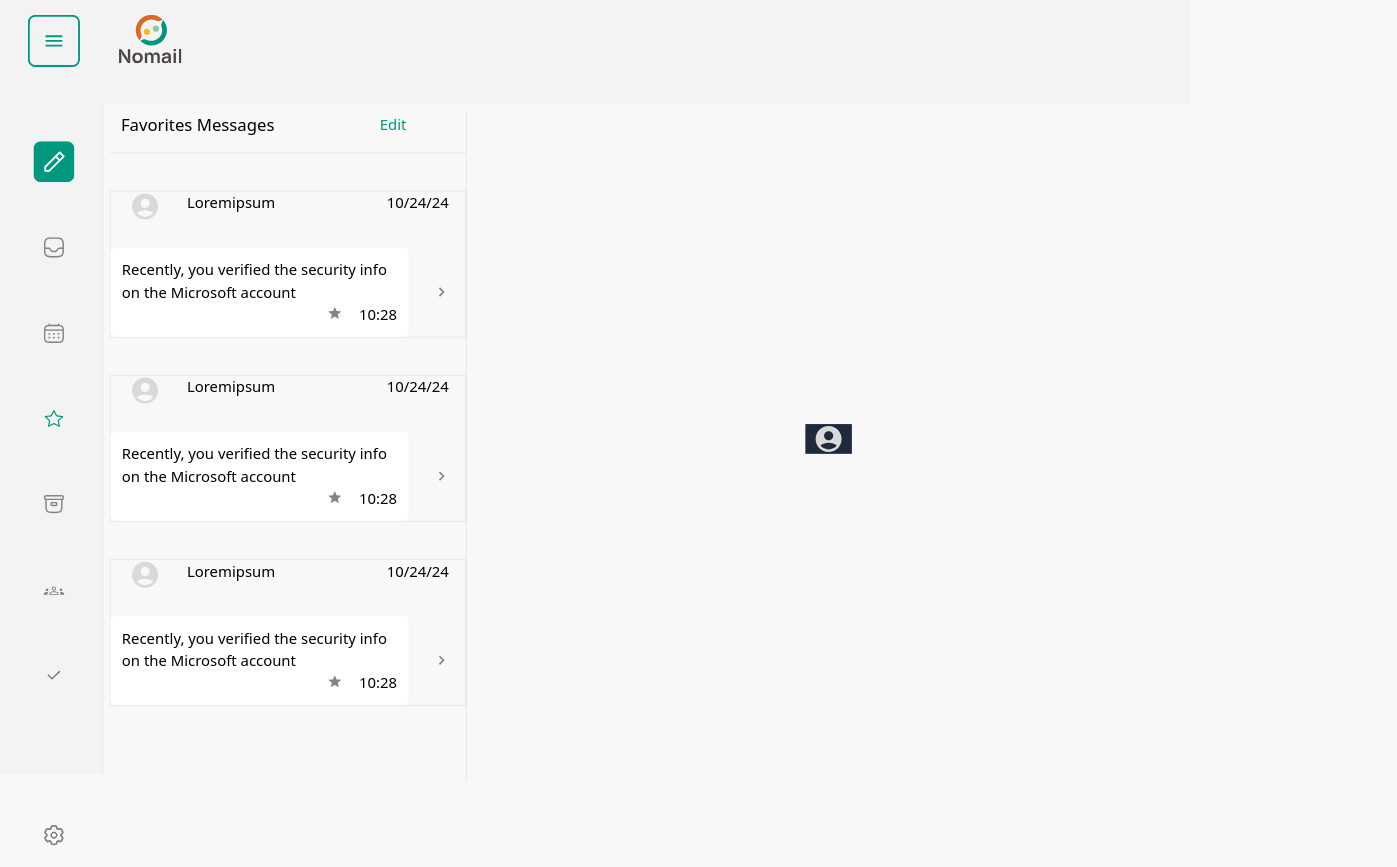
Repository: Tofigkh1/Nomail-Project
Page: /favorites (app in client/)
An editor plug-in stored every save of this project. The page is shown before and after a run of saves, followed by the edit.
The browser window is 1280 px wide. The page is 1280 px wide, then 1502 px, then 1280 px, so the pictures cover 1502 px, including what lies to the right of the window. The pictures show the whole page, at 93% of full size.
The project was rebuilt for these pictures with package versions that can differ from the ones it lists, and the page was loaded fresh each time. The framework's server and built-in components were replaced by stand-ins that run in the browser. Also part of the build but not shown: client/next.config.mjs, client/components/shared/svg/FavoritesSvg.jsx, client/components/shared/svg/calendarActiveSvg.jsx, client/components/shared/client/CheckBox/index.tsx.

Above is the page before, as saved 2024-11-22 02:53:02.

### client/app/layout.tsx

import type { Metadata } from "next";
import localFont from "next/font/local";
import "./Styles/globals.css";


const geistSans = localFont({
  src: "./fonts/GeistVF.woff",
  variable: "--font-geist-sans",
  weight: "100 900",
});
const geistMono = localFont({
  src: "./fonts/GeistMonoVF.woff",
  variable: "--font-geist-mono",
  weight: "100 900",
});

export const metadata: Metadata = {
  title: "Create Next App",
  description: "Generated by create next app",
};

export default function RootLayout({
  children,
}: Readonly<{
  children: React.ReactNode;
}>) {
  return (
    <html lang="en">
      <body
        className={`${geistSans.variable} ${geistMono.variable} antialiased`}
      >
        {children}

      </body>
    </html>
  );
}

### client/app/Styles/globals.css
@tailwind base;
@tailwind components;
@tailwind utilities;

body{
  background-color: #f8f8f8;
}

.App {
  font-family: sans-serif;
  text-align: center;
}


:root {
  --background: #ffffff;
  --foreground: #171717;
}

@media (prefers-color-scheme: dark) {
  :root {
    --background: #0a0a0a;
    --foreground: #ededed;
  }
}


@layer utilities {
  .text-balance {
    text-wrap: balance;
  }
}

### client/components/shared/client/Header/header.tsx
'use client';
import { useContext } from "react";
import { SidebarContext } from '../SideBarMenu/sideBarMenu'; // Import context
import NomailLogo from "@/components/shared/svg/headerlLogoSvg";
import HamburgerBtnSvg from "../../svg/hamburgerBtnSvg"



export default function Header() {

    const { expanded, setExpanded } = useContext(SidebarContext); // Access context

    return (
        <div className="flex items-center justify-between p-4 bg-headerColor text-white">
            <div className='w-auto h-20 flex gap-14'>

                <div>
                    <button onClick={() => setExpanded(!expanded)}
                            className="pl-3.5  hover:bg-clientButtonGreen w-14 h-11">
                        <HamburgerBtnSvg/>
                    </button>
                </div>

                <div>
                    <NomailLogo/>
                </div>


            </div>
        </div>
    );
}

### client/components/shared/client/SideBarMenu/sideBarMenu.tsx
'use client';
import React, {  useContext, ReactNode } from "react";
// import { ChevronFirst, ChevronLast } from "lucide-react";


export const SidebarContext = React.createContext<{ expanded: boolean; setExpanded: (expanded: boolean) => void; }>({
    expanded: false,
    setExpanded: () => {},
});

// Sidebar component now depends on context for state
export default function Sidebar({ children }: { children: ReactNode }) {
    const { expanded } = useContext(SidebarContext);

    return (
        <aside className="h-screen bg-headerColor">
            <nav
                className={`h-full flex flex-col bg-headerColor border-r border-whiteLight3 transition-all duration-200 ease-in-out ml-3 ${expanded ? "w-[127%] h-[130%] " : "w-[99px]"}`}>

                <ul className=" flex-1 px-3">{children}</ul>
            </nav>
        </aside>
    );
}

// SidebarItem component for individual items inside the sidebar
type SidebarItemProps = {
    icon: ReactNode;   // Icon to display in the sidebar item
    text: string;      // Text to display in the sidebar item
    active: boolean;   // Boolean to determine if the item is active (highlighted)
    onClick: () => void; // Add onClick function to handle clicks
    style?: React.CSSProperties;
};

export function SidebarItem({icon, text, active, onClick,style}: SidebarItemProps) {
    const context = useContext(SidebarContext); // Sidebar context to manage expanded/collapsed state
    const {expanded} = context!;

    return (

        <li
            onClick={onClick} // Attach the click handler here
            style={style}
            className={`group relative flex items-center py-2 px-3 my-1 font-medium rounded-md cursor-pointer transition-colors mt-8
                ${
                  active
                    ? "text-mainRedLight" // Active item style
                    : expanded || active // Eğer expanded true ise hover stilini ekle
                    ? "hover:bg-textColorGreen"
                    : "" // Expanded değilse hover stili olmasın
                }`}
        >

            <span className="text-xl transition-all duration-300 ease-in-out">
        {icon}
      </span>

            {/* Text büyütüldü ve boşluk artırıldı */}
            {expanded && (
                <span className="ml-4 text-xl text-black transition-all duration-300 ease-in-out ">
          {text}
        </span>
            )}


            {!expanded && (
                <span
                    className={` absolute left-full whitespace-nowrap bg-textColorGreen text-white rounded-md py-1 px-2 transition-all duration-300 ease-in-out ml-2 opacity-0 group-hover:opacity-100`}
                >
          {text}
        </span>
            )}
        </li>
    );
}

### client/components/shared/svg/newMail.jsx
'use client'
export default function  newMail(){
    return(
        <>
            <svg width="44" height="44" viewBox="0 0 44 44" fill="none" xmlns="http://www.w3.org/2000/svg">
                <rect width="44" height="44" rx="8" fill="#00987F"/>
                <path fill-rule="evenodd" clip-rule="evenodd"
                      d="M27.5115 11.2439C27.902 10.8534 28.5351 10.8534 28.9257 11.2438L33.1687 15.4863C33.3562 15.6739 33.4616 15.9282 33.4616 16.1935C33.4616 16.4587 33.3562 16.7131 33.1687 16.9006L17.6122 32.4571C17.4247 32.6446 17.1703 32.75 16.9051 32.75H12.6626C12.1103 32.75 11.6626 32.3023 11.6626 31.75V27.5075C11.6626 27.2423 11.768 26.9879 11.9555 26.8004L27.5115 11.2439ZM28.2187 13.3652L13.6626 27.9217V30.75H16.4909L31.0473 16.1935L28.2187 13.3652Z"
                      fill="white"/>
                <path fill-rule="evenodd" clip-rule="evenodd"
                      d="M23.269 15.4864C23.6595 15.0959 24.2927 15.0959 24.6832 15.4864L28.9257 19.7289C29.3162 20.1194 29.3162 20.7526 28.9257 21.1431C28.5352 21.5336 27.902 21.5336 27.5115 21.1431L23.269 16.9006C22.8784 16.5101 22.8784 15.8769 23.269 15.4864Z"
                      fill="white"/>
            </svg>


        </>
    )
}

### client/components/shared/svg/ArchiveSvg.jsx
'use client'
export default function archiveSvg(){
    return(
        <>
            <svg width="44" height="44" viewBox="0 0 44 44" fill="none" xmlns="http://www.w3.org/2000/svg">
                <path
                    d="M19 22C19 21.534 19 21.301 19.076 21.117C19.1777 20.8725 19.3723 20.6783 19.617 20.577C19.801 20.5 20.034 20.5 20.5 20.5H23.5C23.966 20.5 24.199 20.5 24.383 20.576C24.6275 20.6777 24.8217 20.8723 24.923 21.117C25 21.301 25 21.534 25 22C25 22.466 25 22.699 24.924 22.883C24.8223 23.1275 24.6277 23.3217 24.383 23.423C24.199 23.5 23.966 23.5 23.5 23.5H20.5C20.034 23.5 19.801 23.5 19.617 23.424C19.3725 23.3223 19.1783 23.1277 19.077 22.883C19 22.699 19 22.466 19 22Z"
                    stroke="#A4A4A9" stroke-width="1.5"/>
                <path
                    d="M19 22C19 21.534 19 21.301 19.076 21.117C19.1777 20.8725 19.3723 20.6783 19.617 20.577C19.801 20.5 20.034 20.5 20.5 20.5H23.5C23.966 20.5 24.199 20.5 24.383 20.576C24.6275 20.6777 24.8217 20.8723 24.923 21.117C25 21.301 25 21.534 25 22C25 22.466 25 22.699 24.924 22.883C24.8223 23.1275 24.6277 23.3217 24.383 23.423C24.199 23.5 23.966 23.5 23.5 23.5H20.5C20.034 23.5 19.801 23.5 19.617 23.424C19.3725 23.3223 19.1783 23.1277 19.077 22.883C19 22.699 19 22.466 19 22Z"
                    stroke="black" stroke-opacity="0.2" stroke-width="1.5"/>
                <path
                    d="M30.5 17V23C30.5 26.771 30.5 28.657 29.328 29.828C28.157 31 26.271 31 22.5 31H21.5C17.729 31 15.843 31 14.672 29.828C13.5 28.657 13.5 26.771 13.5 23V17"
                    stroke="#A4A4A9" stroke-width="1.5" stroke-linecap="round"/>
                <path
                    d="M30.5 17V23C30.5 26.771 30.5 28.657 29.328 29.828C28.157 31 26.271 31 22.5 31H21.5C17.729 31 15.843 31 14.672 29.828C13.5 28.657 13.5 26.771 13.5 23V17"
                    stroke="black" stroke-opacity="0.2" stroke-width="1.5" stroke-linecap="round"/>
                <path
                    d="M12 15C12 14.057 12 13.586 12.293 13.293C12.586 13 13.057 13 14 13H30C30.943 13 31.414 13 31.707 13.293C32 13.586 32 14.057 32 15C32 15.943 32 16.414 31.707 16.707C31.414 17 30.943 17 30 17H14C13.057 17 12.586 17 12.293 16.707C12 16.414 12 15.943 12 15Z"
                    stroke="#A4A4A9" stroke-width="1.5"/>
                <path
                    d="M12 15C12 14.057 12 13.586 12.293 13.293C12.586 13 13.057 13 14 13H30C30.943 13 31.414 13 31.707 13.293C32 13.586 32 14.057 32 15C32 15.943 32 16.414 31.707 16.707C31.414 17 30.943 17 30 17H14C13.057 17 12.586 17 12.293 16.707C12 16.414 12 15.943 12 15Z"
                    stroke="black" stroke-opacity="0.2" stroke-width="1.5"/>
            </svg>

        </>
    )
}

### client/components/shared/svg/TodoSvg.jsx
'use client'
export default function  todoSvg(){
    return(
        <>
            <svg width="44" height="44" viewBox="0 0 44 44" fill="none" xmlns="http://www.w3.org/2000/svg">
                <path d="M19.8957 27L15 22.2599L16.2239 21.0748L19.8957 24.6299L27.7761 17L29 18.185L19.8957 27Z"
                      fill="#A4A4A9"/>
                <path d="M19.8957 27L15 22.2599L16.2239 21.0748L19.8957 24.6299L27.7761 17L29 18.185L19.8957 27Z"
                      fill="black" fill-opacity="0.2"/>
            </svg>

        </>
    )
}

### client/components/shared/svg/FavoritesActiveSvg.jsx
'use client'
export default function  favoritesActiveSvg(){
    return(
        <>
        <svg width="44" height="44" viewBox="0 0 44 44" fill="none" xmlns="http://www.w3.org/2000/svg">
<path d="M15.5808 30.2201C15.4833 30.7528 16.0307 31.1692 16.5132 30.9316L22.0006 28.2246L27.4868 30.9316C27.9693 31.1692 28.5168 30.7528 28.4193 30.2213L27.3818 24.5457L31.7842 20.5188C32.1967 20.142 31.9842 19.4533 31.4317 19.3789L25.3093 18.5438L22.5794 13.3517C22.5274 13.2465 22.4453 13.1576 22.3428 13.0953C22.2402 13.0331 22.1214 13 22 13C21.8787 13 21.7598 13.0331 21.6573 13.0953C21.5547 13.1576 21.4727 13.2465 21.4206 13.3517L18.6907 18.545L12.5683 19.3801C12.0171 19.4545 11.8033 20.1432 12.2146 20.52L16.6182 24.5469L15.5808 30.2225V30.2201ZM21.7119 26.8999L17.1045 29.1725L17.972 24.4245C17.9928 24.3152 17.9852 24.2026 17.9496 24.0969C17.914 23.9911 17.8517 23.8955 17.7682 23.8185L14.1358 20.4948L19.2007 19.8037C19.3054 19.788 19.4046 19.7484 19.4901 19.6883C19.5756 19.6281 19.6448 19.5492 19.6919 19.4581L21.9981 15.0688L24.3068 19.4581C24.354 19.5492 24.4232 19.6281 24.5086 19.6883C24.5941 19.7484 24.6934 19.788 24.7981 19.8037L29.863 20.4936L26.2306 23.8173C26.1469 23.8944 26.0844 23.9903 26.0488 24.0962C26.0133 24.2022 26.0057 24.315 26.0268 24.4245L26.8943 29.1725L22.2869 26.8999C22.1979 26.8555 22.0991 26.8324 21.9988 26.8324C21.8985 26.8324 21.8009 26.8555 21.7119 26.8999Z" fill="#00987F"/>
</svg>



        </>
    )
}

### client/components/shared/client/messagesView/index.tsx
"use client";

import ProfileSvg from "../../svg/ProfileSvg";


export default function MessagesView() {



    return(

        <div>

        <header>
            <div className=" w-[100%px] bg-slate-800">
                <ProfileSvg/>
            </div>
        </header>


        </div>

    )

}

### client/components/shared/svg/hamburgerBtnSvg.jsx
'use client'
export default function  HamburgerBtnSvg(){
    return(
        <>
            <svg width="56" height="56" viewBox="0 0 56 56" fill="none" xmlns="http://www.w3.org/2000/svg">
                <rect x="1" y="1" width="54" height="54" rx="7" stroke="#00987F" stroke-width="2"/>
                <path d="M19 22H37V24H19V22ZM19 27H37V29H19V27ZM19 32H37V34H19V32Z" fill="#00987F"/>
            </svg>


        </>
    )
}

### client/components/shared/svg/ProfileSvg.jsx
'use client'
export default function  ProfileSvg(){
    return(
        <>


            <svg width="50" height="32" viewBox="0 0 32 32" fill="none" xmlns="http://www.w3.org/2000/svg">
<g clip-path="url(#clip0_1904_19120)">
<path fill-rule="evenodd" clip-rule="evenodd" d="M16 2C8.2678 2 2 8.2678 2 16C2 23.7322 8.2678 30 16 30C23.7322 30 30 23.7322 30 16C30 8.2678 23.7322 2 16 2ZM11.1 12.5C11.1 11.8565 11.2267 11.2193 11.473 10.6249C11.7192 10.0304 12.0802 9.49018 12.5352 9.03518C12.9902 8.58017 13.5304 8.21924 14.1249 7.97299C14.7193 7.72674 15.3565 7.6 16 7.6C16.6435 7.6 17.2807 7.72674 17.8751 7.97299C18.4696 8.21924 19.0098 8.58017 19.4648 9.03518C19.9198 9.49018 20.2808 10.0304 20.527 10.6249C20.7733 11.2193 20.9 11.8565 20.9 12.5C20.9 13.7996 20.3838 15.0459 19.4648 15.9648C18.5459 16.8838 17.2996 17.4 16 17.4C14.7004 17.4 13.4541 16.8838 12.5352 15.9648C11.6162 15.0459 11.1 13.7996 11.1 12.5ZM24.7612 22.9776C23.7129 24.2955 22.3805 25.3597 20.8635 26.0908C19.3465 26.8219 17.684 27.2011 16 27.2C14.316 27.2011 12.6535 26.8219 11.1365 26.0908C9.61949 25.3597 8.28713 24.2955 7.2388 22.9776C9.5082 21.3494 12.605 20.2 16 20.2C19.395 20.2 22.4918 21.3494 24.7612 22.9776Z" fill="#D9D9D9"/>
</g>
<defs>
<clipPath id="clip0_1904_19120">
<rect width="32" height="32" fill="white"/>
</clipPath>
</defs>
</svg>


        </>
    )
}

### client/components/shared/svg/MessageArrovSvg.jsx
'use client'
export default function  MessageArrovSvg(){
    return(
        <>




            <svg width="32" height="32" viewBox="0 0 32 32" fill="none" xmlns="http://www.w3.org/2000/svg">
<path fill-rule="evenodd" clip-rule="evenodd" d="M14.2 11L19 16L14.2 21L13 19.75L16.6 16L13 12.25L14.2 11Z" fill="#A4A4A9"/>
<path fill-rule="evenodd" clip-rule="evenodd" d="M14.2 11L19 16L14.2 21L13 19.75L16.6 16L13 12.25L14.2 11Z" fill="black" fill-opacity="0.2"/>
</svg>

        </>
    )
}

### client/components/shared/svg/starSvg.jsx
'use client'
export default function  starSvg(){
    return(
        <>




<svg width="20" height="20" viewBox="0 0 20 20" fill="none" xmlns="http://www.w3.org/2000/svg">
<path d="M5.6775 17L6.815 12.1934L3 8.96053L8.04 8.53289L10 4L11.96 8.53289L17 8.96053L13.185 12.1934L14.3225 17L10 14.4513L5.6775 17Z" fill="#A4A4A9"/>
<path d="M5.6775 17L6.815 12.1934L3 8.96053L8.04 8.53289L10 4L11.96 8.53289L17 8.96053L13.185 12.1934L14.3225 17L10 14.4513L5.6775 17Z" fill="black" fill-opacity="0.2"/>
</svg>

        </>
    )
}

### client/tailwind.config.ts
import type { Config } from "tailwindcss";

const config: Config = {
  content: [
    "./pages/**/*.{js,ts,jsx,tsx,mdx}",
    "./components/**/*.{js,ts,jsx,tsx,mdx}",
    "./app/**/*.{js,ts,jsx,tsx,mdx}",
  ],
  theme: {
    extend: {
      colors: {
        background: "var(--background)",
        foreground: "var(--foreground)",
        headerColor: "#F3F3F3",
        textColorGreen: "#00987F",
        textGray: "#A4A4A9",
        sideBarColor: "#E5E5E5",
        textColGreen: "#00987F",
        bordersColor: "#D1D1D6"
      },
    },
  },
  plugins: [],
};
export default config;

Loaded but not shown: client/components/shared/svg/settingSvg.jsx (25 lines, source omitted); client/components/shared/svg/calendarSvg.jsx (31 lines, source omitted); client/components/shared/svg/InboxSvg.jsx (17 lines, source omitted); client/components/shared/svg/groupSvg.jsx (17 lines, source omitted); client/app/favorites/page.tsx (120 lines, source omitted); client/components/shared/svg/headerlLogoSvg.jsx (38 lines, source omitted); client/components/shared/client/FavoritesMessage/index.tsx (145 lines, source omitted)

After the next 3 saves:
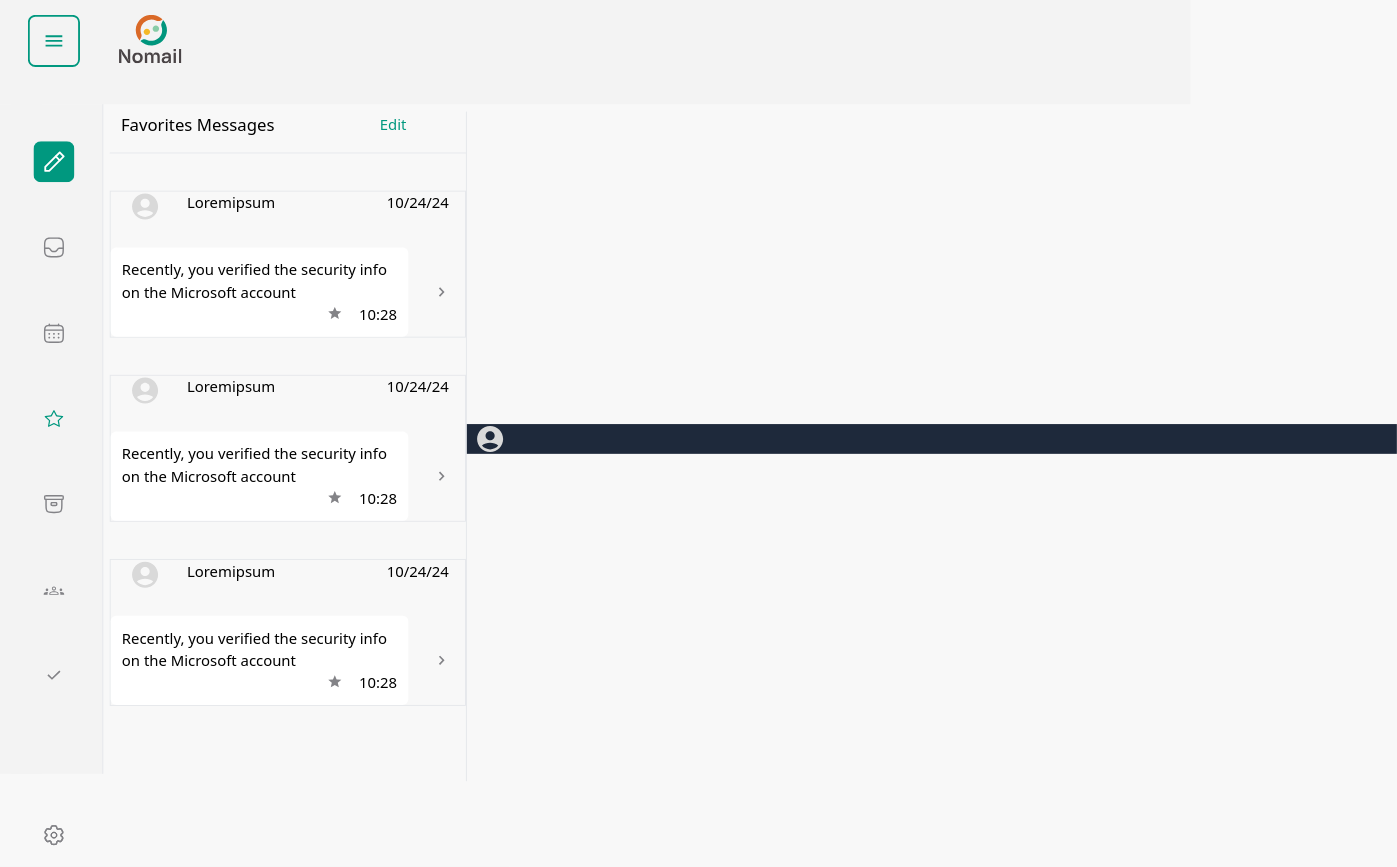
The 3 saves are shown as one change because they came seconds apart.
The last was saved 9 s later.
--- a/client/components/shared/client/messagesView/index.tsx
+++ b/client/components/shared/client/messagesView/index.tsx
@@ -12,7 +12,7 @@
         <div>
 
         <header>
-            <div className=" w-[100%px] bg-slate-800">
+            <div className=" w-[1000px] bg-slate-800">
                 <ProfileSvg/>
             </div>
         </header>

After the save that followed:
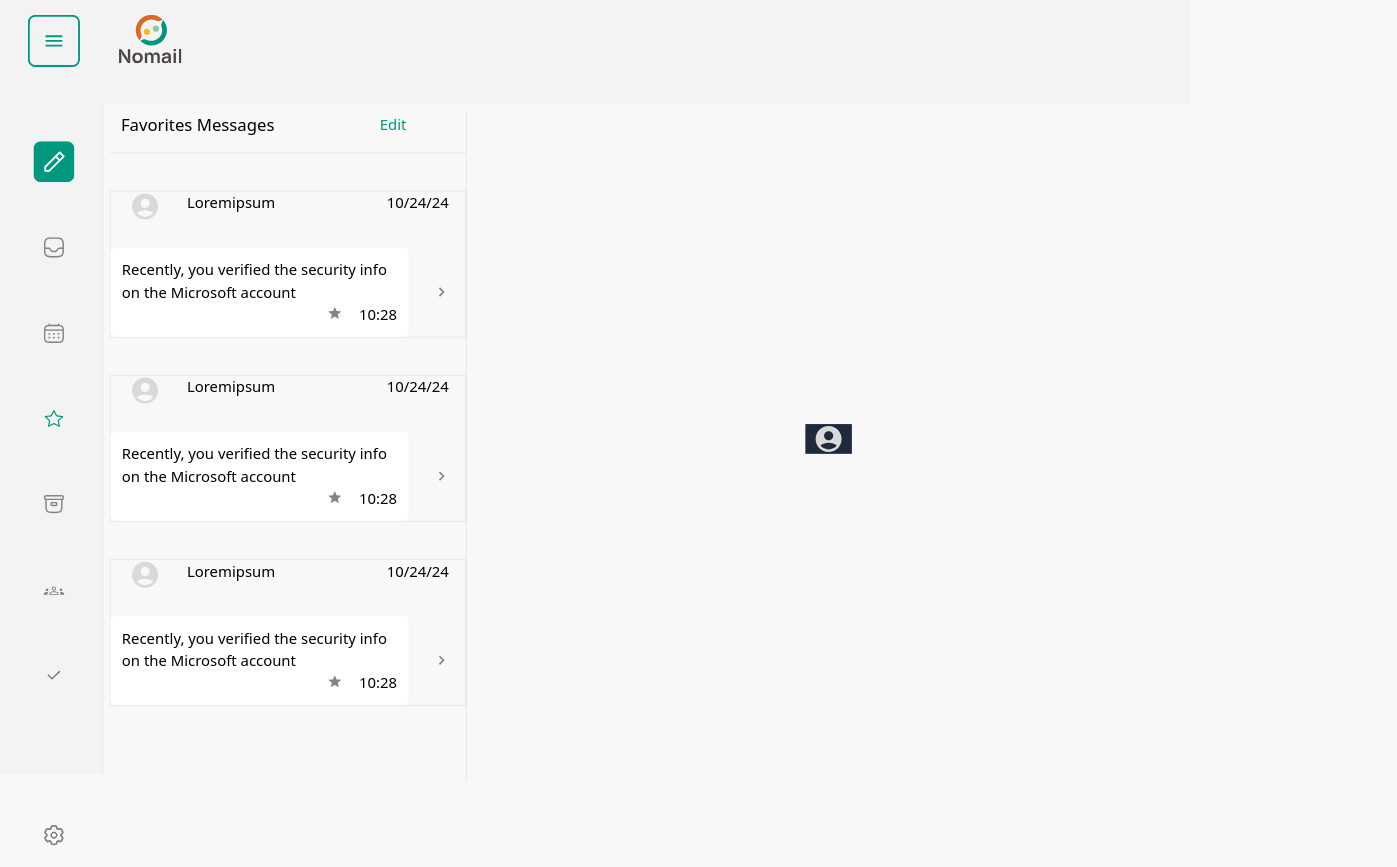
Saved 11 s later.
--- a/client/components/shared/client/messagesView/index.tsx
+++ b/client/components/shared/client/messagesView/index.tsx
@@ -12,7 +12,7 @@
         <div>
 
         <header>
-            <div className=" w-[1000px] bg-slate-800">
+            <div className="  bg-slate-800">
                 <ProfileSvg/>
             </div>
         </header>
